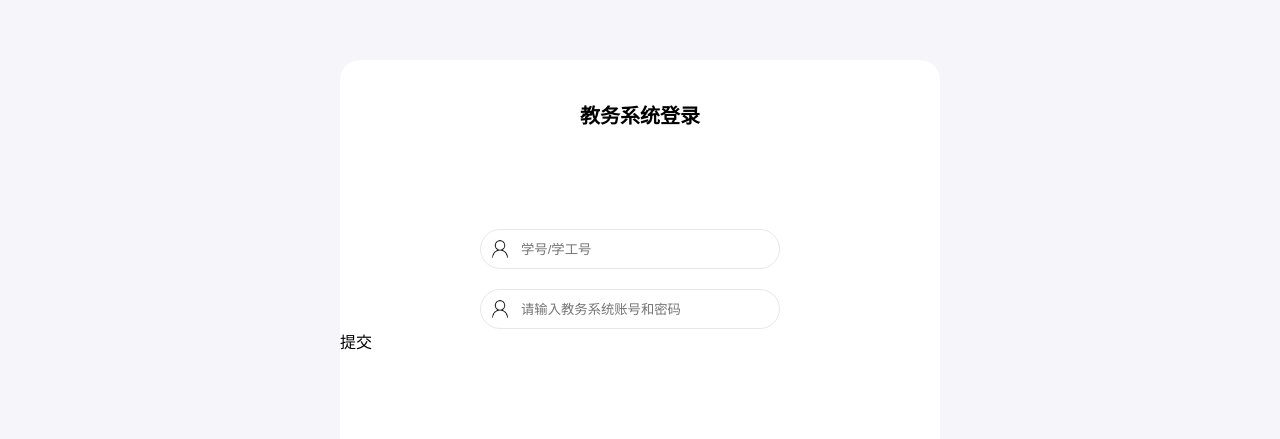
Repository: yangziteng/System
Page: / (app in myreact/)
These files come from the project's save history. The page is drawn as it stood at one moment and after the next save; the edit follows.
The browser window is 1280 px wide. The pictures show the whole page.
The project was rebuilt for these pictures with package versions that can differ from the ones it lists, and the page was loaded fresh each time. Also part of the build but not shown: myreact/vite.config.js, myreact/src/App.css, myreact/src/App.jsx, myreact/src/log.jsx.

Above is the page before, as saved 2022-07-08 12:53:03.

### myreact/src/main.jsx
import React from 'react'
import ReactDOM from 'react-dom/client'
import App from './App'
import LOG from './log'
import './index.css'
import Login from "./pages/Login/Login"
const p = {name:"杨",age:12}
ReactDOM.createRoot(document.getElementById('root')).render(
  <React.StrictMode>
    {/* //解构赋值 语法 */}

    <Login/>


  </React.StrictMode>
)

### myreact/src/pages/Login/Login.jsx
import { useState } from 'react'
import { Component } from 'react'
import "./Login.css"
import img from "./images/a.png" //引入图片
class Login extends Component {
    constructor() {
        super()
    }
    render() {
        return (
            <div className='bgc'>
                <div className='model'>
                    <div className='model-head'>教务系统登录</div>
                    <div className='model-body'>
                        <div className='username'>
                            <input type="text" placeholder='学号/学工号' value="" className='model-body-input' >
                            </input>
                                <img className='img' src={img} alt="" />
                        </div>
                        <div className='pwd'>
                            <input type="password" placeholder='请输入教务系统账号和密码' value="" className='model-body-input' >
                            </input>
                                <img className='img' src={img} alt="" />
                        </div>
                    </div>
                    <div className='model-end'>
                        提交
                    </div>
                </div>
            </div>
        )
    }
}
export default Login

### myreact/src/pages/Login/Login.css

.bgc{
    background-color: rgba(245,245,250);
    width: 100vw;
    height: 100vh;
    display:flex;
    align-items: center;
}
.model{
    width: 600px;
    height: 600px;
    background-color: white;
    border-radius: 20px;
    margin:0 auto;
}
.model-head{
    text-align: center;
    margin-top:40px;
    font-size: 20px;
    font-weight: 800;
}
.model-body{

    margin-top:100px;

}
.username{
    display: flex;
    justify-content: center;
    align-items: center;
    position: relative;

}
.pwd{
    display: flex;
    justify-content: center;
    align-items: center;
    position: relative;
    margin-top:20px
}
.model-body-input{
    width: 300px;
    height: 40px;
    outline: none;
    border-radius: 20px;
    padding-left:40px ;
    box-sizing: border-box;
}
input{
    display: flex;
    justify-content: center;
    border:1px solid #e7e7e7
}
.img{
    width: 20px;
    height: 20px;
    position: relative;
    right: 290px;
    /* right:290px */
}

Loaded but not shown: myreact/index.html (common file); myreact/src/index.css (common file)

After the next save:
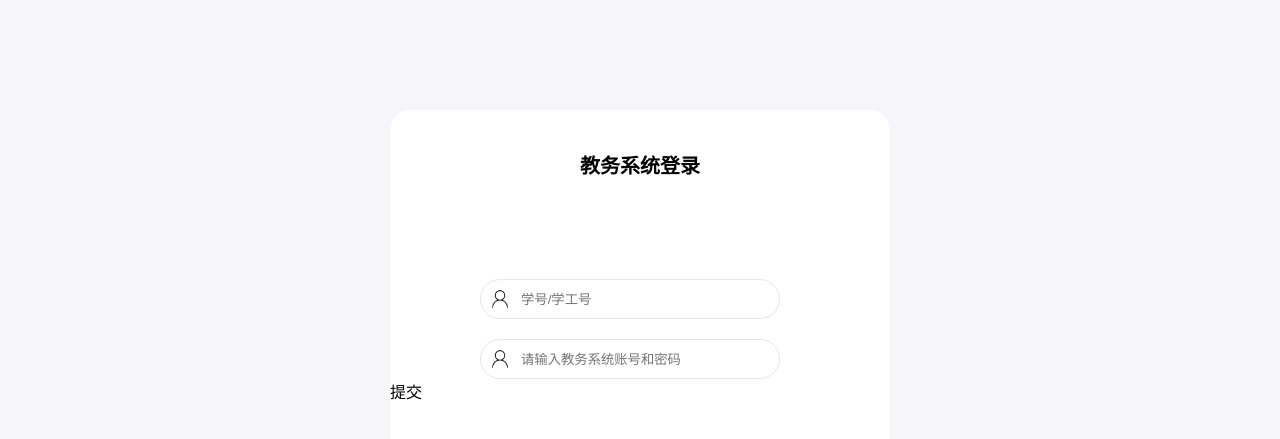
Saved 34 s later.
--- a/myreact/src/pages/Login/Login.css
+++ b/myreact/src/pages/Login/Login.css
@@ -7,8 +7,8 @@
     align-items: center;
 }
 .model{
-    width: 600px;
-    height: 600px;
+    width: 500px;
+    height: 500px;
     background-color: white;
     border-radius: 20px;
     margin:0 auto;
